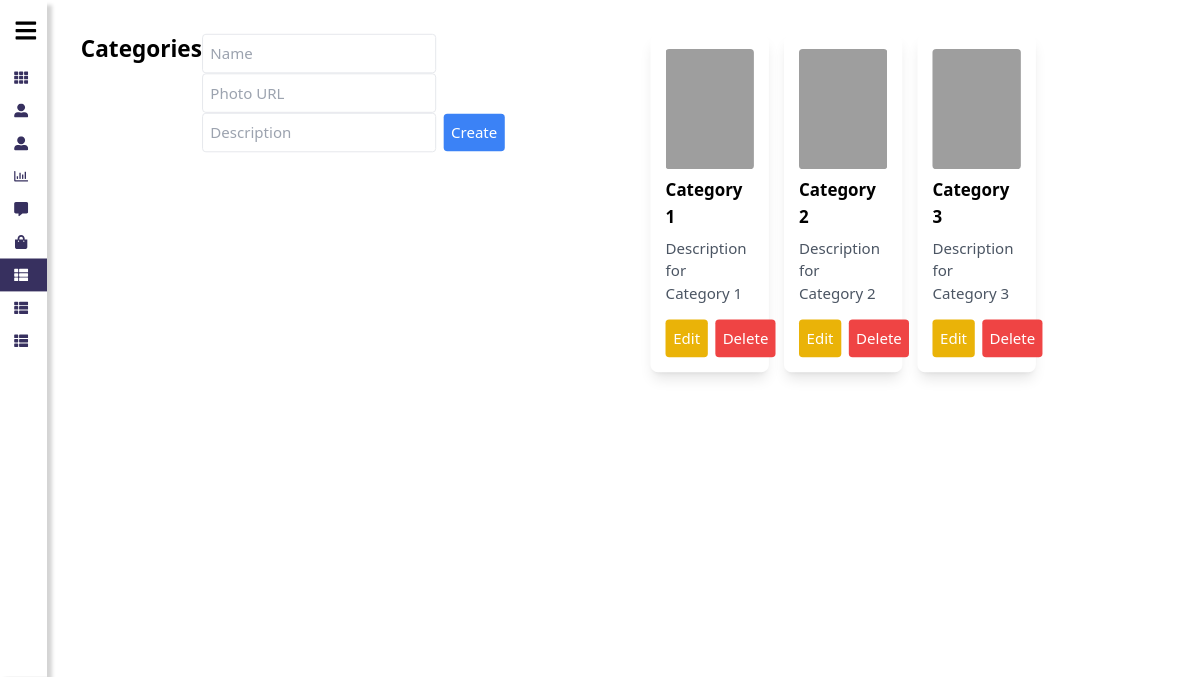
Repository: AndargWorku12/admin-dashboard
Page: /category
These files come from the project's save history. The page is drawn as it stood at one moment and after the next save; the edit follows.
The browser window is 1280 px wide. The pictures show the whole page, at 94% of full size.
Pictures or frames that could not be fetched are drawn as grey boxes. The project was rebuilt for these pictures with package versions that can differ from the ones it lists, and the page was loaded fresh each time. Also part of the build but not shown: src/styles/analytics.css, src/pages/Analytics.tsx, src/pages/Dashboard.tsx, src/styles/orders.css, src/pages/OrderTable.tsx, src/pages/OrderModal.tsx, src/pages/Orders.tsx, src/styles/login.css and 10 more.

Above is the page before, as saved 2024-02-03 00:34:07.

After the next save:
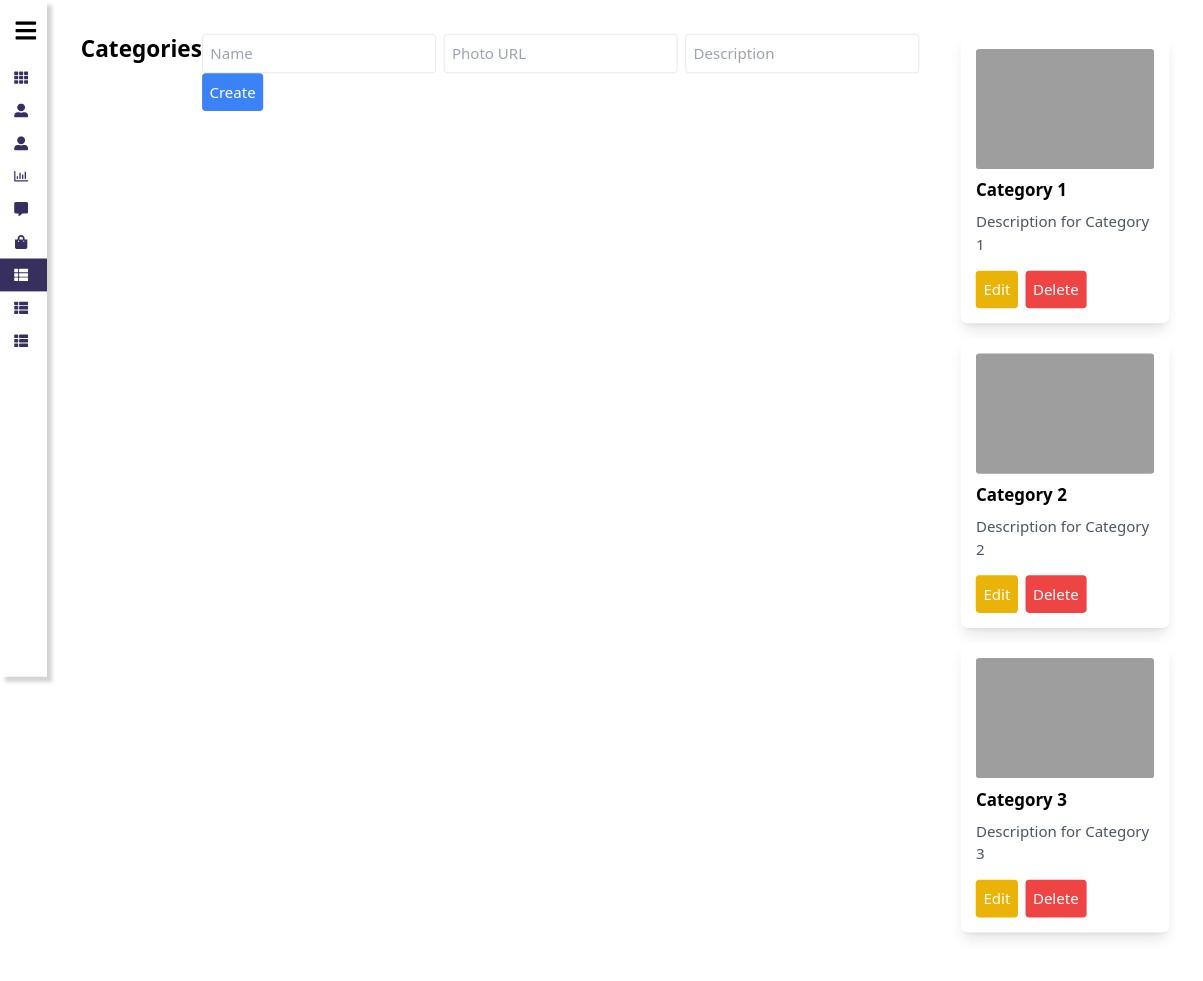
Saved 4 min 2 s later.
--- a/src/pages/CategoryPage.tsx
+++ b/src/pages/CategoryPage.tsx
@@ -88,9 +88,9 @@ const CategoryPage: React.FC = () => {
       </div>
 
       {/* Display Categories */}
-      <div className="grid grid-cols-1 sm:grid-cols-2 lg:grid-cols-3 xl:grid-cols-4 gap-4">
+      <div className="grid grid-cols-1">
         {categories.map((category) => (
-          <div key={category.id} className="bg-white p-4 rounded-lg shadow-lg">
+          <div key={category.id} className="bg-white p-4 rounded-lg shadow-lg mb-4">
             <img src={category.photo} alt={category.name} className="mb-2 w-full h-32 object-cover rounded" />
             <h2 className="text-lg font-bold mb-2">{category.name}</h2>
             <p className="text-gray-600">{category.description}</p>
